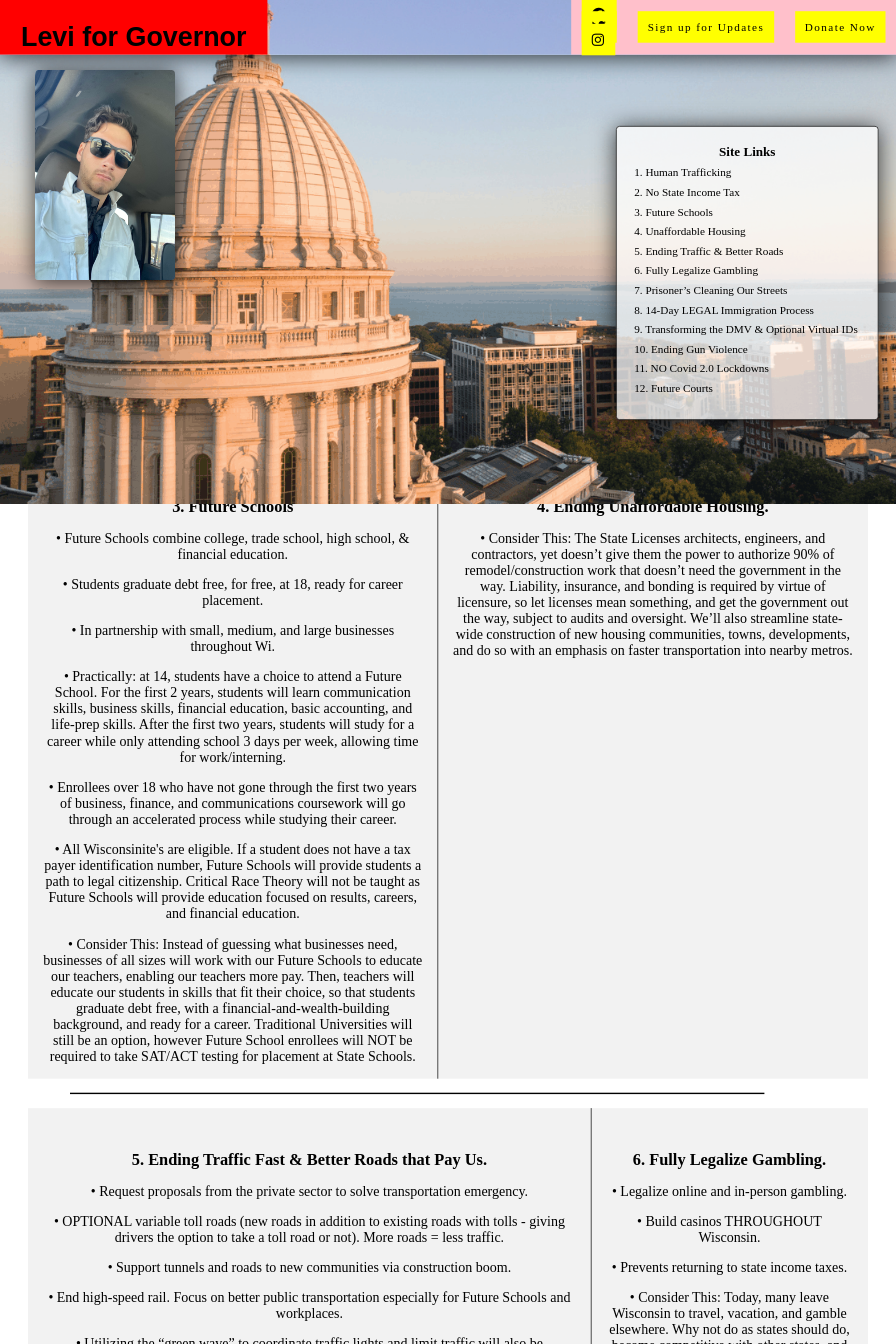
Repository: LeviCB/LeviCB.github.io
Page: index.html
The author's editor kept a record of every edit. The page is drawn from the files as they stood at one moment, then again after the next edit.
The browser window is 1280 px wide. The pictures show the part of the page from y = 0 to 1920 px (the page is 3981 px tall), at 70% of full size.
Some web fonts or font styles are not loaded; a fallback is used. Some web libraries are served in a nearby version.

Above is the page before.
Console error: SyntaxError: Identifier 'head' has already been declared

After the next edit:
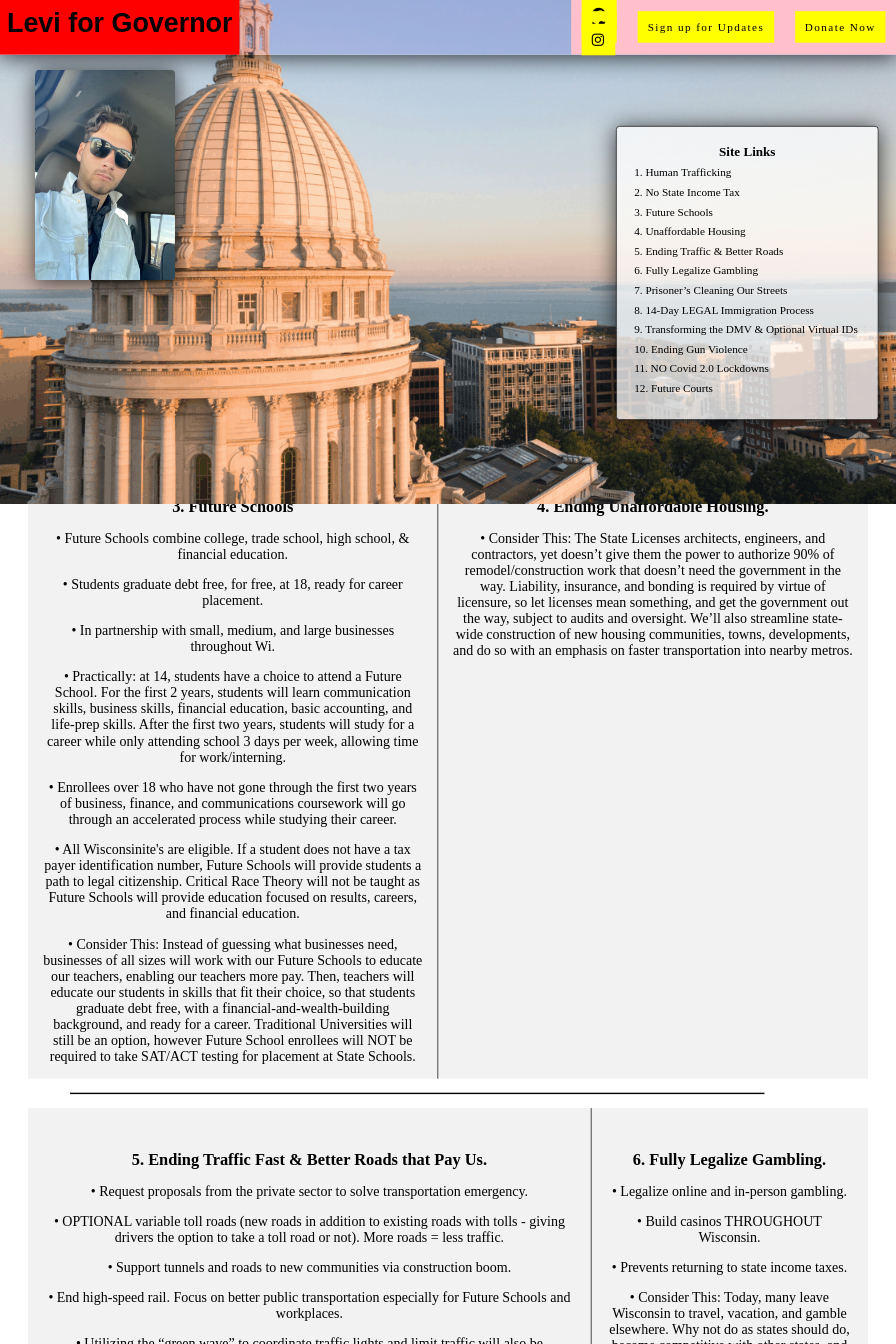
The edit:
--- a/assets/css/style.css
+++ b/assets/css/style.css
@@ -147,7 +147,7 @@
   position: relative;
   width: auto;
   height: 78px;
-  padding: 30px;
+  padding: 10px;
   font-size: 3vw;
   color: black;
   text-decoration: none;
